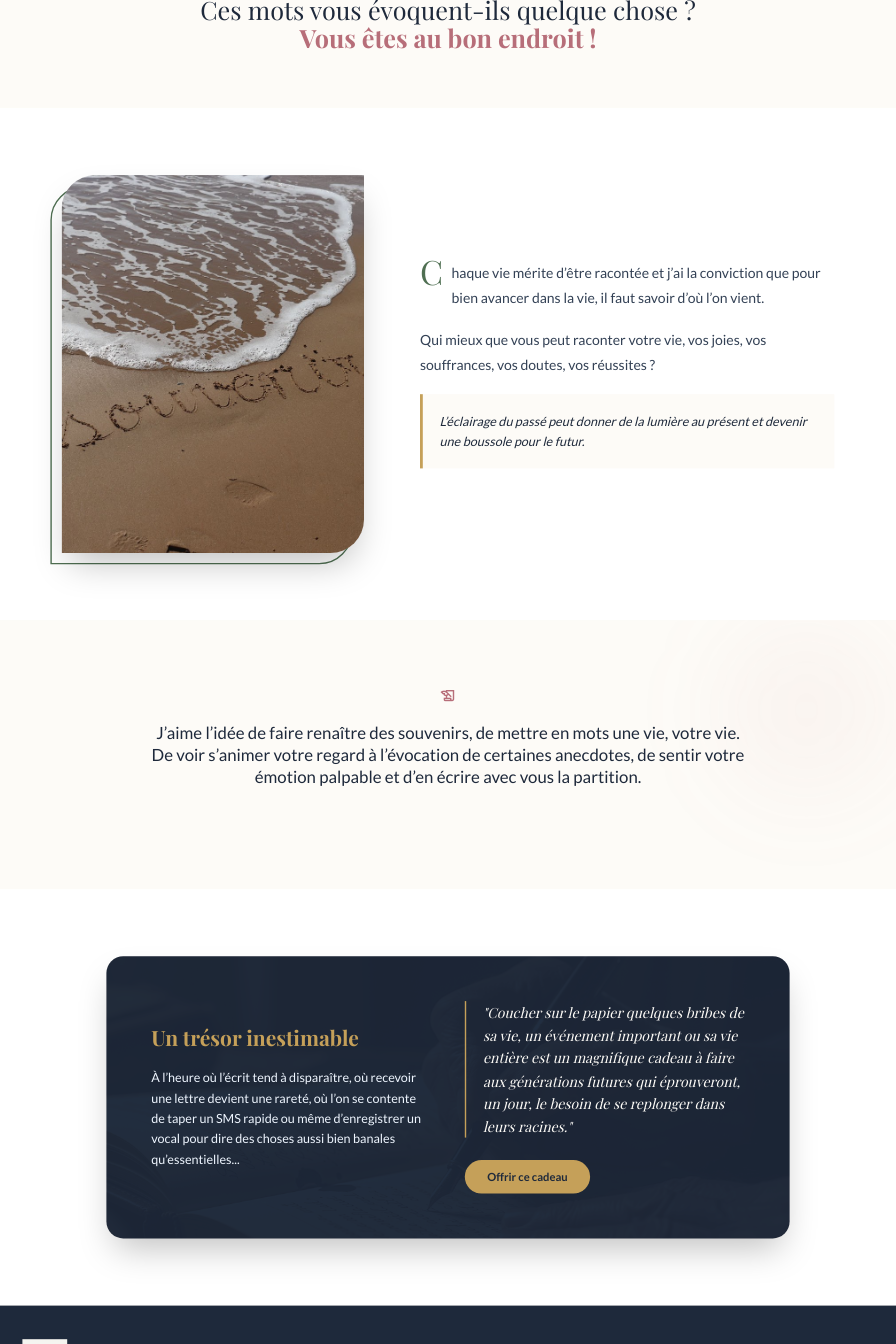
Repository: louisbdc/delphine-biographe
Page: /pour-quoi-faire
The author's editor kept a copy of each file at every save. The page is drawn from the files as they stood at one save, then again after the next save.
The browser window is 1280 px wide. The pictures show the part of the page from y = 1083 to 3003 px (the page is 3403 px tall before and 3363 px after), at 70% of full size.
Some web fonts or font styles are not loaded; a fallback is used. The project was rebuilt for these pictures with package versions that can differ from the ones it lists, and the page was loaded fresh each time. The framework's server and built-in components were replaced by stand-ins that run in the browser. Also part of the build but not shown: next.config.js.

Above is the page before, as saved 2026-01-07 16:51:40.

### app/layout.tsx
import type { Metadata } from "next";
import "./globals.css";
import AccessibilityControls from "@/components/AccessibilityControls";
import Footer from "@/components/Footer";

export const metadata: Metadata = {
  title: "Delphine de Lapeyrière | Biographe Familiale",
  description: "Biographe familiale, j'écris le livre de votre vie",
  icons: {
    icon: "/logo.png",
  },
};

export default function RootLayout({
  children,
}: Readonly<{
  children: React.ReactNode;
}>) {
  return (
    <html lang="fr" className="scroll-smooth">
      <head>
        {/* Google Fonts: Playfair Display (Serif) & Lato (Sans) */}
        <link rel="preconnect" href="https://fonts.googleapis.com" />
        <link rel="preconnect" href="https://fonts.gstatic.com" crossOrigin="anonymous" />
        <link
          href="https://fonts.googleapis.com/css2?family=Lato:wght@400;700&family=Playfair+Display:ital,wght@0,400;0,700;1,400&display=swap"
          rel="stylesheet"
        />
        {/* Material Symbols for Icons */}
        <link
          rel="stylesheet"
          href="https://fonts.googleapis.com/css2?family=Material+Symbols+Outlined:opsz,wght,FILL,GRAD@24,400,0,0"
        />
      </head>
      <body
        className="font-sans antialiased text-navy overflow-x-hidden flex flex-col min-h-screen"
      >
        {/* Accessibility & Top Bar */}
        <div className="bg-navy text-cream py-2 px-4 flex justify-between items-center text-sm md:text-base">
          <span className="hidden md:inline">📍 Navigue entre Versailles et Paris</span>
          <AccessibilityControls />
        </div>
        <main className="flex-1">
          {children}
        </main>
        <Footer />
      </body>
    </html>
  );
}

### app/pour-quoi-faire/page.tsx
import Navigation from "@/components/Navigation";
import Image from "next/image";

export default function PourQuoi() {
  return (
    <>
      <Navigation />

      {/* Hero Section : Titre et Citation */}
      <section className="relative py-24 bg-[#FDFBF7] text-navy overflow-hidden">
        {/* Décoration subtile unifiée */}
        <div className="absolute top-[-10%] left-[-10%] w-96 h-96 bg-old-rose/5 rounded-full blur-3xl"></div>

        <div className="container mx-auto px-6 max-w-4xl relative z-10 text-center">
          <span className="text-old-rose font-bold tracking-widest uppercase text-sm mb-4 block">
            Le sens de la démarche
          </span>
          <h1 className="text-5xl md:text-7xl font-serif font-bold mb-8 leading-tight">
            Pourquoi écrire <br/>
            <span className="italic font-light text-navy-light">son histoire ?</span>
          </h1>
          {/* Séparateur signature */}
          <div className="w-24 h-1 bg-old-rose mx-auto mb-10"></div>

          {/* La citation reste, mais adaptée au fond clair */}
          <div className="relative inline-block p-8 border-y border-navy/10">
            <p className="text-xl md:text-2xl font-serif italic leading-relaxed text-navy-light">
              « Lorsque le passé n'éclaire plus l'avenir, l'esprit marche dans les ténèbres »
            </p>
            <p className="mt-4 text-sm uppercase tracking-widest text-old-rose font-bold">
              Alexis de Tocqueville
            </p>
          </div>
        </div>
      </section>

      {/* Section Mots-Clés : Design "Nuage de mots" */}
      <section className="py-20 bg-[#FDFBF7]">
        <div className="container mx-auto px-6 max-w-5xl text-center">
          <div className="flex flex-wrap justify-center gap-3 mb-10">
            {[
              "Souvenirs", "Transmission", "Passé", "Racines", "Mémoire",
              "Traumatisme", "Biographie", "Histoire", "Plume", "Oreille",
              "Présent", "Style", "Récit", "Écoute", "Écrivain",
              "Vie", "Partage", "Héritage"
            ].map((word, index) => (
              <span key={index} className="px-4 py-2 bg-white border border-navy/10 rounded-full text-navy-light font-serif italic text-lg shadow-sm">
                {word}
              </span>
            ))}
          </div>

          <div className="w-24 h-1 bg-gold mx-auto mb-8"></div>

          <h2 className="text-3xl md:text-4xl font-serif text-navy">
            Ces mots vous évoquent-ils quelque chose ? <br/>
            <span className="text-old-rose font-bold">Vous êtes au bon endroit !</span>
          </h2>
        </div>
      </section>

      {/* Section "Conviction" : Image à Gauche, Texte à Droite */}
      <section className="py-24 bg-white">
        <div className="container mx-auto px-6 max-w-6xl">
          <div className="grid md:grid-cols-12 gap-12 items-center">

            {/* Image d'ambiance */}
            <div className="md:col-span-5 relative">
              <div className="absolute inset-0 border-2 border-sage transform -translate-x-4 translate-y-4 rounded-tl-[3rem] rounded-br-[3rem] z-0"></div>
              <div className="relative z-10 rounded-tl-[3rem] rounded-br-[3rem] overflow-hidden shadow-2xl aspect-[4/5]">
                 <Image
                    src="/sea.jpg"
                    alt="Eclairage du passé"
                    fill
                    className="object-cover"
                 />
              </div>
            </div>

            {/* Texte Principal */}
            <div className="md:col-span-7 md:pl-8 space-y-6 text-lg text-navy-light leading-relaxed">
              <p>
                <span className="text-5xl float-left mr-3 mt-[-8px] font-serif text-sage">C</span>
                haque vie mérite d’être racontée et j’ai la conviction que pour bien avancer dans la vie, il faut savoir d’où l’on vient.
              </p>
              <p>
                Qui mieux que vous peut raconter votre vie, vos joies, vos souffrances, vos doutes, vos réussites ?
              </p>
              <div className="bg-[#FDFBF7] p-6 border-l-4 border-gold italic text-navy my-6">
                L’éclairage du passé peut donner de la lumière au présent et devenir une boussole pour le futur.
              </div>
            </div>
          </div>
        </div>
      </section>

      {/* Section "Passion & Émotion" : Centré */}
      <section className="py-24 bg-[#FDFBF7] relative overflow-hidden">
        <div className="absolute top-0 right-0 w-64 h-64 bg-old-rose/5 rounded-full blur-3xl"></div>
        <div className="container mx-auto px-6 max-w-4xl relative z-10">
          <div className="text-center mb-12">
            <span className="material-symbols-outlined text-5xl text-old-rose mb-6">history_edu</span>
            <p className="text-xl md:text-2xl text-navy leading-relaxed font-light">
              J’aime l’idée de faire renaître des souvenirs, de mettre en mots une vie, votre vie.
              De voir s’animer votre regard à l’évocation de certaines anecdotes, de sentir votre
              émotion palpable et d’en écrire avec vous la partition.
            </p>
          </div>
        </div>
      </section>

      {/* Section "Cadeau aux générations" : Carte finale */}
      <section className="py-24 bg-white">
        <div className="container mx-auto px-6 max-w-5xl">
          <div className="bg-navy rounded-3xl p-10 md:p-16 text-cream shadow-2xl relative overflow-hidden">
            {/* Image de fond abstraite ou texture */}
            <div className="absolute inset-0 opacity-10 bg-[url('/background.png')] bg-cover mix-blend-overlay"></div>

            <div className="relative z-10 grid md:grid-cols-2 gap-12 items-center">
              <div>
                <h3 className="text-3xl font-serif font-bold text-gold mb-6">
                  Un trésor inestimable
                </h3>
                <p className="text-lg leading-relaxed text-blue-50">
                  À l’heure où l’écrit tend à disparaître, où recevoir une lettre devient une rareté, où l’on se contente de taper un SMS rapide ou même d’enregistrer un vocal pour dire des choses aussi bien banales qu’essentielles...
                </p>
              </div>
              <div>
                <p className="text-xl font-serif italic leading-relaxed border-l-2 border-gold pl-6">
                  "Coucher sur le papier quelques bribes de sa vie, un événement important ou sa vie entière est un magnifique cadeau à faire aux générations futures qui éprouveront, un jour, le besoin de se replonger dans leurs racines."
                </p>
                <div className="mt-8">
                  <a
                    href="/contact"
                    className="inline-block bg-gold text-navy font-bold py-3 px-8 rounded-full hover:bg-white transition-colors duration-300"
                  >
                    Offrir ce cadeau
                  </a>
                </div>
              </div>
            </div>
          </div>
        </div>
      </section>
    </>
  );
}

### app/globals.css
@tailwind base;
@tailwind components;
@tailwind utilities;

body {
  background-color: #FDFBF7;
  color: #1E293B;
  /* High contrast text */
}

/* Smooth fade-in animation */
.fade-in {
  animation: fadeIn 1.2s ease-in-out;
}

@keyframes fadeIn {
  from { opacity: 0; transform: translateY(10px); }
  to { opacity: 1; transform: translateY(0); }
}

/* Focus states for accessibility */
a:focus, button:focus {
  outline: 3px solid #C5A059;
  outline-offset: 2px;
}

/* Typography overrides for specific senior readability */
p {
  line-height: 1.8;
  font-size: 1.25rem; /* ~20px for excellent readability */
}

### components/AccessibilityControls.tsx
"use client";

import { useState, useEffect } from "react";

export default function AccessibilityControls() {
  // On démarre à 100% (1) par défaut
  const [currentZoom, setCurrentZoom] = useState(1);
  const [mounted, setMounted] = useState(false);

  // Au chargement de la page (côté client uniquement)
  useEffect(() => {
    setMounted(true);
    // 1. On essaie de récupérer une préférence existante
    const savedZoom = localStorage.getItem("user-font-zoom");
    if (savedZoom) {
      const zoomValue = parseFloat(savedZoom);
      setCurrentZoom(zoomValue);
      applyZoom(zoomValue);
    } else {
      // Si aucune préférence, on applique la valeur par défaut
      applyZoom(1);
    }
  }, []);

  // Fonction pour appliquer le zoom sur la balise HTML racine
  const applyZoom = (zoom: number) => {
    if (typeof document !== "undefined") {
      // On touche à l'élément racine <html> pour que les 'rem' de Tailwind s'adaptent
      document.documentElement.style.fontSize = `${100 * zoom}%`;
    }
  };

  const handleZoomChange = (newZoom: number) => {
    setCurrentZoom(newZoom);
    applyZoom(newZoom);
    // On sauvegarde le choix pour la prochaine visite
    localStorage.setItem("user-font-zoom", newZoom.toString());
  };

  const increaseText = () => {
    if (currentZoom < 1.3) { // Max 130%
      // On utilise toFixed pour éviter les problèmes de virgule flottante (0.1 + 0.2 != 0.3)
      const newVal = parseFloat((currentZoom + 0.1).toFixed(1));
      handleZoomChange(newVal);
    }
  };

  const decreaseText = () => {
    if (currentZoom > 0.9) { // Min 90%
      const newVal = parseFloat((currentZoom - 0.1).toFixed(1));
      handleZoomChange(newVal);
    }
  };

  const resetText = () => {
    handleZoomChange(1); // Retour à 100%
  };

  // Pour éviter les erreurs d'hydratation (différence serveur/client),
  // on n'affiche rien tant que le composant n'est pas monté.
  if (!mounted) return null;

  return (
    <div className="flex items-center gap-4" id="accessibility-controls">
      <span className="uppercase tracking-widest text-xs hidden sm:inline">Accessibilité :</span>
      <button
        onClick={decreaseText}
        className="hover:text-gold font-bold p-1 transition-colors"
        aria-label="Diminuer la taille du texte"
        title="Réduire le texte"
      >
        A-
      </button>
      <button
        onClick={resetText}
        className="hover:text-gold font-bold p-1 transition-colors"
        aria-label="Taille du texte par défaut"
        title="Taille par défaut"
      >
        A
      </button>
      <button
        onClick={increaseText}
        className="hover:text-gold font-bold p-1 transition-colors"
        aria-label="Augmenter la taille du texte"
        title="Agrandir le texte"
      >
        A+
      </button>
    </div>
  );
}

### components/Footer.tsx
export default function Footer() {
  const currentYear = new Date().getFullYear();

  return (
    <footer className="bg-navy text-cream mt-auto">
      <div className="container mx-auto px-4 md:px-8 py-8 md:py-12">
        <div className="grid grid-cols-1 md:grid-cols-3 gap-8 md:gap-12">
          {/* Logo & Description */}
          <div className="flex flex-col items-center md:items-start">
            <div className="flex items-center gap-3 mb-4">
              <img
                src="/logo.png"
                alt="Delphine de Lapeyrière - Biographe"
                className="h-12 md:h-16 w-auto"
              />
              <span className="text-xl md:text-2xl font-serif font-bold text-cream">
                Delphine, biographe
              </span>
            </div>
            <p className="text-cream/80 text-center md:text-left text-base-lg">
              Biographe familiale, j&apos;écris le livre de votre vie
            </p>
          </div>

          {/* Navigation Links */}
          <div className="flex flex-col items-center md:items-start">
            <h3 className="text-lg font-serif font-bold mb-4 text-gold">
              Navigation
            </h3>
            <ul className="flex flex-col gap-3 text-base-lg">
              <li>
                <a
                  href="/qui-suis-je"
                  className="hover:text-gold transition-colors underline-offset-4 hover:underline"
                >
                  Qui suis-je ?
                </a>
              </li>
              <li>
                <a
                  href="/pour-quoi-faire"
                  className="hover:text-gold transition-colors underline-offset-4 hover:underline"
                >
                  Pour quoi ?
                </a>
              </li>
              <li>
                <a
                  href="/pour-qui"
                  className="hover:text-gold transition-colors underline-offset-4 hover:underline"
                >
                  Pour qui ?
                </a>
              </li>
              <li>
                <a
                  href="/comment"
                  className="hover:text-gold transition-colors underline-offset-4 hover:underline"
                >
                  Comment ?
                </a>
              </li>
              <li>
                <a
                  href="/combien"
                  className="hover:text-gold transition-colors underline-offset-4 hover:underline"
                >
                  Combien ?
                </a>
              </li>
              <li>
                <a
                  href="/contact"
                  className="hover:text-gold transition-colors underline-offset-4 hover:underline"
                >
                  Contact
                </a>
              </li>
            </ul>
          </div>

          {/* Contact Info */}
          <div className="flex flex-col items-center md:items-start">
            <h3 className="text-lg font-serif font-bold mb-4 text-gold">
              Contact
            </h3>
            <div className="flex flex-col gap-3 text-base-lg text-cream/80">
              <p className="flex items-center gap-2">
                <span className="material-symbols-outlined text-gold">location_on</span>
                <span>Versailles et Paris</span>
              </p>
              <p>
                <a
                  href="/contact"
                  className="hover:text-gold transition-colors underline-offset-4 hover:underline"
                >
                  Me contacter
                </a>
              </p>
            </div>
          </div>
        </div>

        {/* Copyright */}
        <div className="border-t border-cream/20 mt-8 pt-6 text-center text-cream/60 text-sm md:text-base">
          <p className="flex flex-wrap justify-center items-center gap-2">
            <span>© {currentYear} Delphine de Lapeyrière - Tous droits réservés</span>
            <span>•</span>
            <a
              href="/mentions-legales"
              className="hover:text-gold transition-colors underline-offset-4 hover:underline"
            >
              Mentions légales
            </a>
          </p>
        </div>
      </div>
    </footer>
  );
}

### components/Navigation.tsx
export default function Navigation() {
  return (
    <nav className="sticky top-0 z-50 bg-cream/95 backdrop-blur-sm shadow-md border-b border-gold/20">
      <div className="container mx-auto px-4 md:px-8 py-4 flex flex-col md:flex-row justify-between items-center">
        {/* Logo */}
        <a
          href="/"
          className="mb-4 md:mb-0 hover:opacity-80 transition-opacity flex items-center gap-3"
        >
          <img
            src="/logo.png"
            alt="Delphine de Lapeyrière - Biographe"
            className="h-12 md:h-16 w-auto"
          />
          <span className="text-2xl md:text-3xl font-serif font-bold text-navy">
            Delphine de Lapeyrière
          </span>
        </a>

        {/* Menu items */}
        <ul className="flex flex-wrap justify-center gap-4 md:gap-8 text-lg font-semibold text-navy-light">
          <li>
            <a
              href="/qui-suis-je"
              className="hover:text-old-rose transition-colors decoration-gold underline-offset-4 hover:underline"
            >
              Qui suis-je ?
            </a>
          </li>
          <li>
            <a
              href="/pour-quoi-faire"
              className="hover:text-old-rose transition-colors decoration-gold underline-offset-4 hover:underline"
            >
              Pour quoi ?
            </a>
          </li>
          <li>
            <a
              href="/pour-qui"
              className="hover:text-old-rose transition-colors decoration-gold underline-offset-4 hover:underline"
            >
              Pour qui ?
            </a>
          </li>
          <li>
            <a
              href="/comment"
              className="hover:text-old-rose transition-colors decoration-gold underline-offset-4 hover:underline"
            >
              Comment ?
            </a>
          </li>
          <li>
            <a
              href="/combien"
              className="hover:text-old-rose transition-colors decoration-gold underline-offset-4 hover:underline"
            >
              Combien ?
            </a>
          </li>
          <li>
            <a
              href="/contact"
              className="px-5 py-2 bg-sage text-white rounded-full hover:bg-green-800 transition-colors shadow-lg transform hover:-translate-y-0.5"
            >
              Contact
            </a>
          </li>
        </ul>
      </div>
    </nav>
  );
}

### tailwind.config.ts
import type { Config } from "tailwindcss";

const config: Config = {
  content: [
    "./pages/**/*.{js,ts,jsx,tsx,mdx}",
    "./components/**/*.{js,ts,jsx,tsx,mdx}",
    "./app/**/*.{js,ts,jsx,tsx,mdx}",
  ],
  theme: {
    extend: {
      colors: {
        'cream': '#FDFBF7',
        'cream-dark': '#F5F2EB',
        'navy': '#1E293B',
        'navy-light': '#334155',
        'sage': '#4F6F52',
        'gold': '#C5A059',
        'old-rose': '#B76E79',
      },
      fontFamily: {
        serif: ['"Playfair Display"', 'serif'],
        sans: ['"Lato"', 'sans-serif'],
      },
      fontSize: {
        'base-lg': '1.125rem', /* 18px minimum for body */
      }
    },
  },
  plugins: [],
};
export default config;

After the next save:
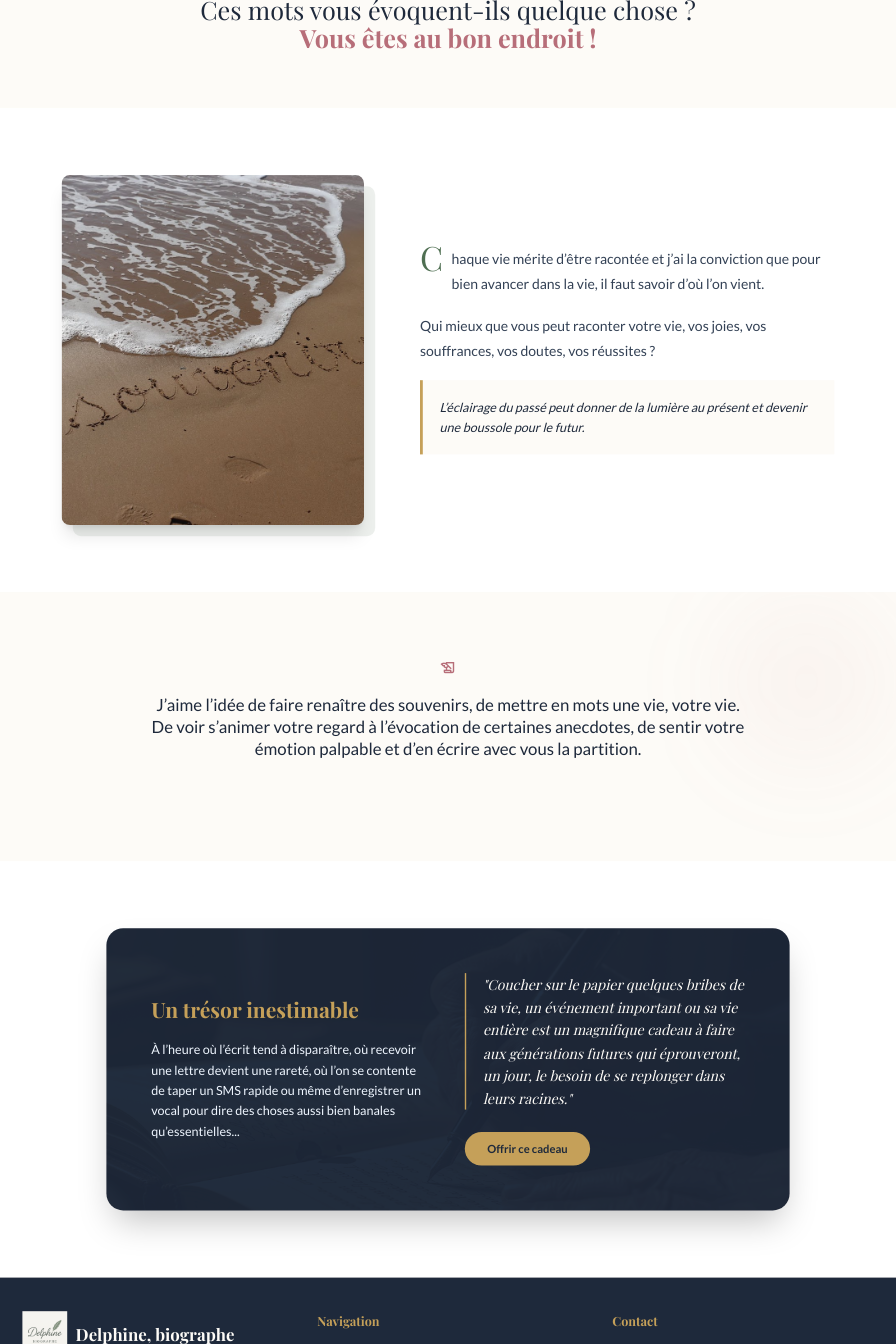
Saved 4 s later.
--- a/app/pour-quoi-faire/page.tsx
+++ b/app/pour-quoi-faire/page.tsx
@@ -64,10 +64,10 @@ export default function PourQuoi() {
         <div className="container mx-auto px-6 max-w-6xl">
           <div className="grid md:grid-cols-12 gap-12 items-center">
 
-            {/* Image d'ambiance */}
+            {/* Image d'ambiance - Style Album photo unifié */}
             <div className="md:col-span-5 relative">
-              <div className="absolute inset-0 border-2 border-sage transform -translate-x-4 translate-y-4 rounded-tl-[3rem] rounded-br-[3rem] z-0"></div>
-              <div className="relative z-10 rounded-tl-[3rem] rounded-br-[3rem] overflow-hidden shadow-2xl aspect-[4/5]">
+              <div className="absolute inset-0 bg-sage/10 transform translate-x-4 translate-y-4 rounded-xl z-0"></div>
+              <div className="relative z-10 h-[500px] w-full rounded-xl overflow-hidden shadow-xl">
                  <Image
                     src="/sea.jpg"
                     alt="Eclairage du passé"
